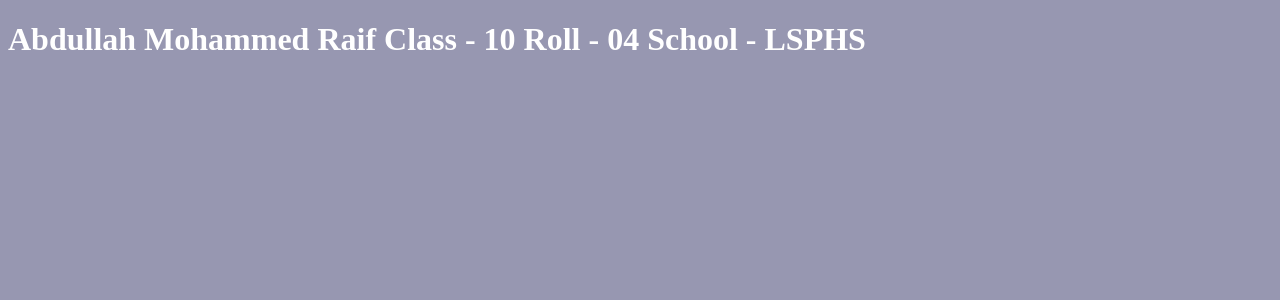
Repository: Raif-007/Portfolio
Page: index.html
The author's editor kept a copy of each file at every save. The page is drawn from the files as they stood at one save, then again after the next save.
The browser window is 1280 px wide. The pictures show the whole page.

Above is the page before, as saved 2021-07-05 17:04:14.

### index.html
<!DOCTYPE html>
<html lang="en">

<head>
    <meta charset="UTF-8">
    <meta http-equiv="X-UA-Compatible" content="IE=edge">
    <meta name="viewport" content="width=device-width, initial-scale=1.0">
    <title>Portfolio</title>
    <link rel="stylesheet" href="styles.css">
</head>

<body>
    <h1>

        Abdullah Mohammed Raif Class - 10 Roll - 04 School - LSPHS



    </h1>
</body>

</html>

### styles.css
body {
    background-color: rgba(54, 54, 105, 0.514);
    color: #ffffff;
}

After the next save:
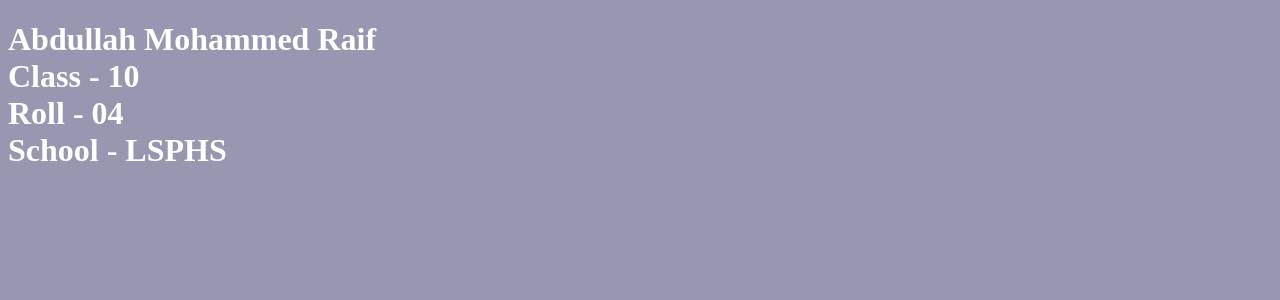
Saved 41 s later.
--- a/index.html
+++ b/index.html
@@ -12,7 +12,9 @@
 <body>
     <h1>
 
-        Abdullah Mohammed Raif Class - 10 Roll - 04 School - LSPHS
+        Abdullah Mohammed Raif
+        <br> Class - 10
+        <br> Roll - 04 <br> School - LSPHS
 
 
 
